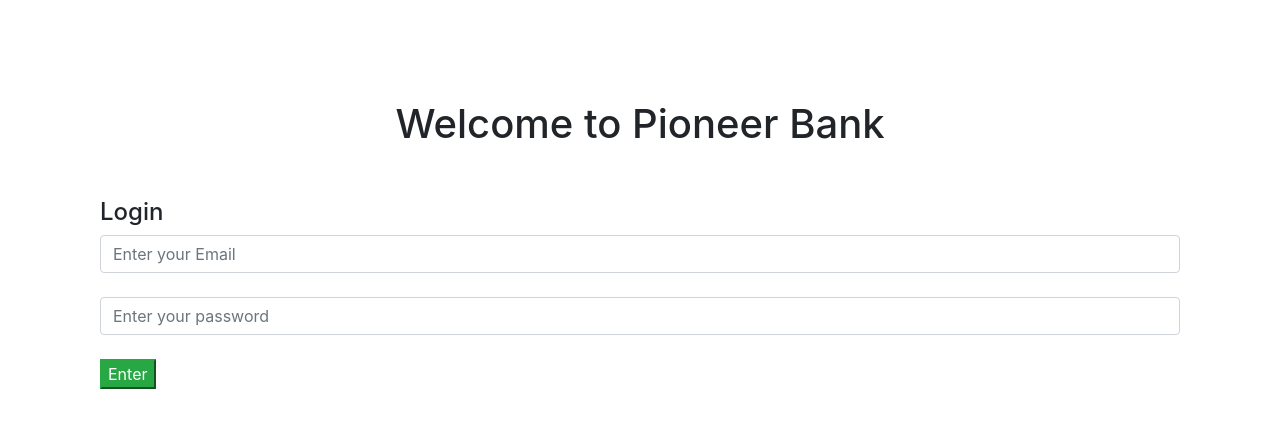
Repository: omarhasnain/pioneer-bank
Page: index.html
An editor plug-in stored every save of this project. The page is shown before and after the next save, followed by the edit.
The browser window is 1280 px wide. The pictures show the whole page.

Above is the page before, as saved 2021-04-27 17:07:43.

### index.html
<!DOCTYPE html>
<html lang="en">

<head>
    <meta charset="UTF-8">
    <meta http-equiv="X-UA-Compatible" content="IE=edge">
    <meta name="viewport" content="width=device-width, initial-scale=1.0">
    <title>Pioneer Bank</title>
    <link rel="stylesheet" href="https://stackpath.bootstrapcdn.com/bootstrap/4.4.1/css/bootstrap.min.css" integrity="sha384-Vkoo8x4CGsO3+Hhxv8T/Q5PaXtkKtu6ug5TOeNV6gBiFeWPGFN9MuhOf23Q9Ifjh" crossorigin="anonymous">
    <link rel="stylesheet" href="style.css">
</head>

<body>

    <div id="login-area">
        <h1 class="text-center">Welcome to Pioneer Bank</h1>
        <div class="submit-area">
            <h4>Login</h4>
            <input type="text" class="form-control" placeholder="Enter your Email">
            <br>
            <input type="password" name="" id="" placeholder="Enter your password" class="form-control">
            <br>
            <button class="btn-success">Enter</button>
        </div>
    </div>


</body>

</html>

### style.css
body {
    padding: 100px;
}

.submit-area {
    margin-top: 50px;
}

After the next save:
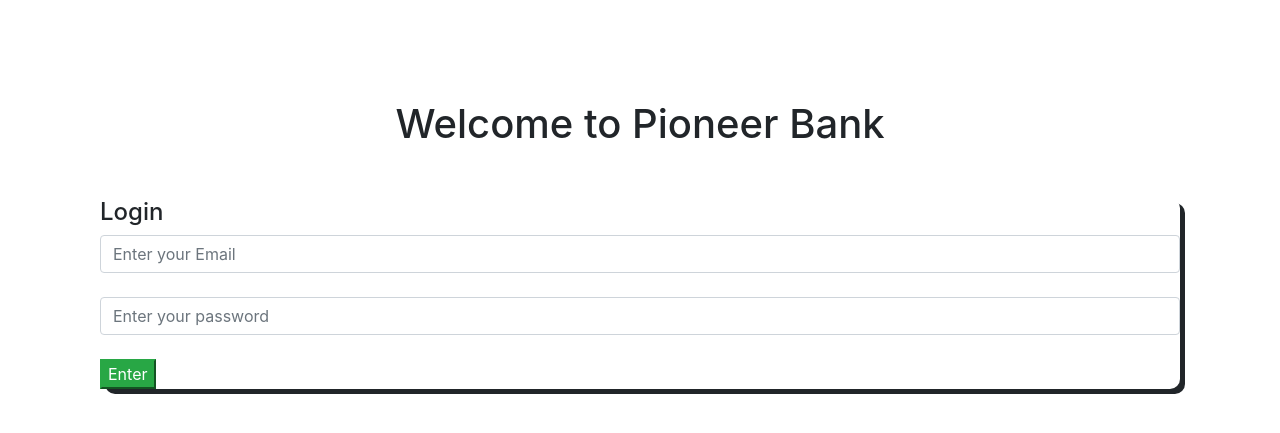
Saved 40 s later.
--- a/style.css
+++ b/style.css
@@ -4,4 +4,6 @@
 
 .submit-area {
     margin-top: 50px;
+    border-radius: 10px;
+    box-shadow: 5px 5px;
 }
